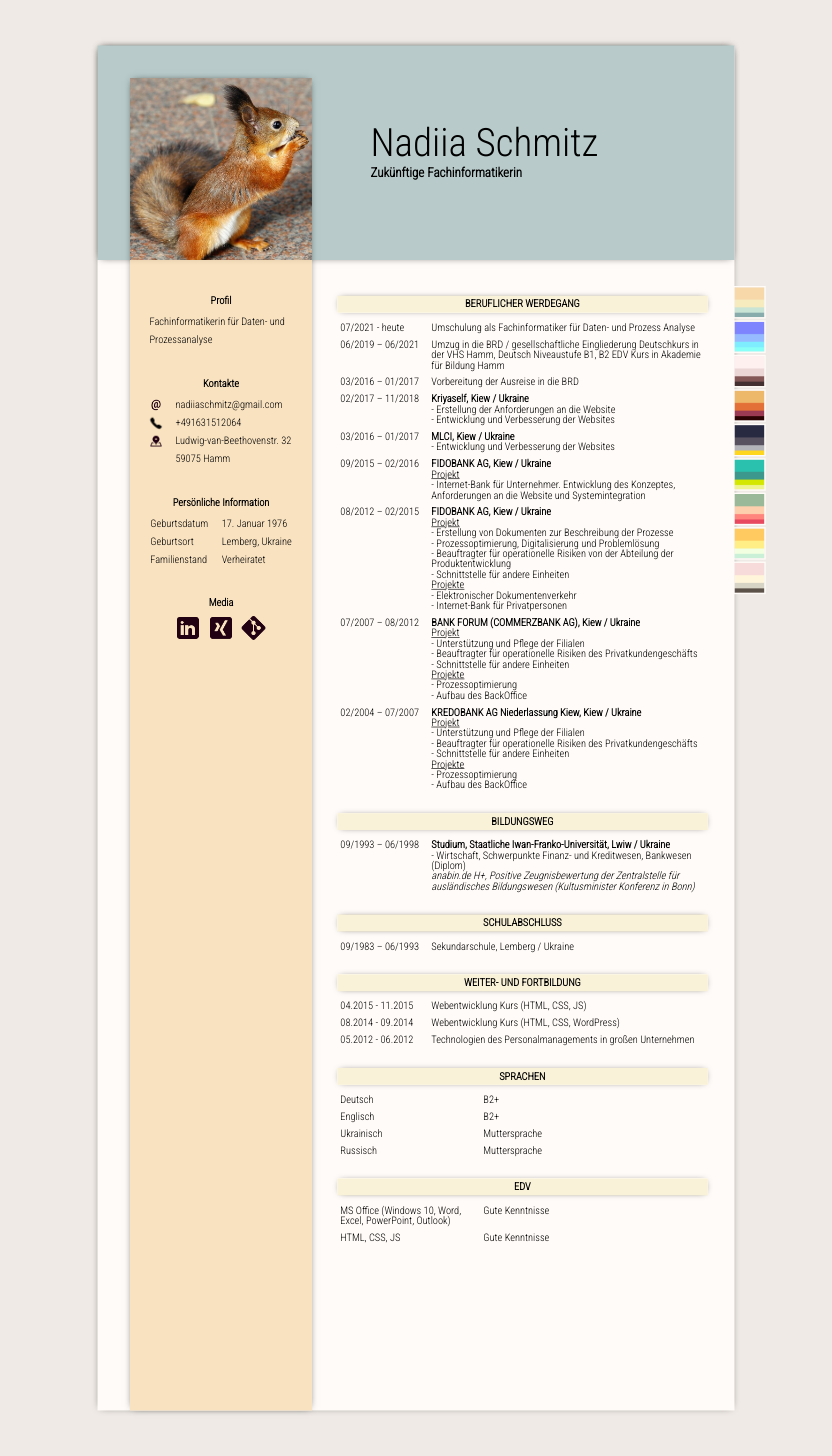
Repository: NadiaSchmitz/lebenslauf.nschmitz.githab.io
Page: index.html
The author's editor kept a record of every edit. The page is drawn from the files as they stood at one moment, then again after the next edit.
The browser window is 1280 px wide. The pictures show the whole page, at 65% of full size.

Above is the page before.

After the next edit:
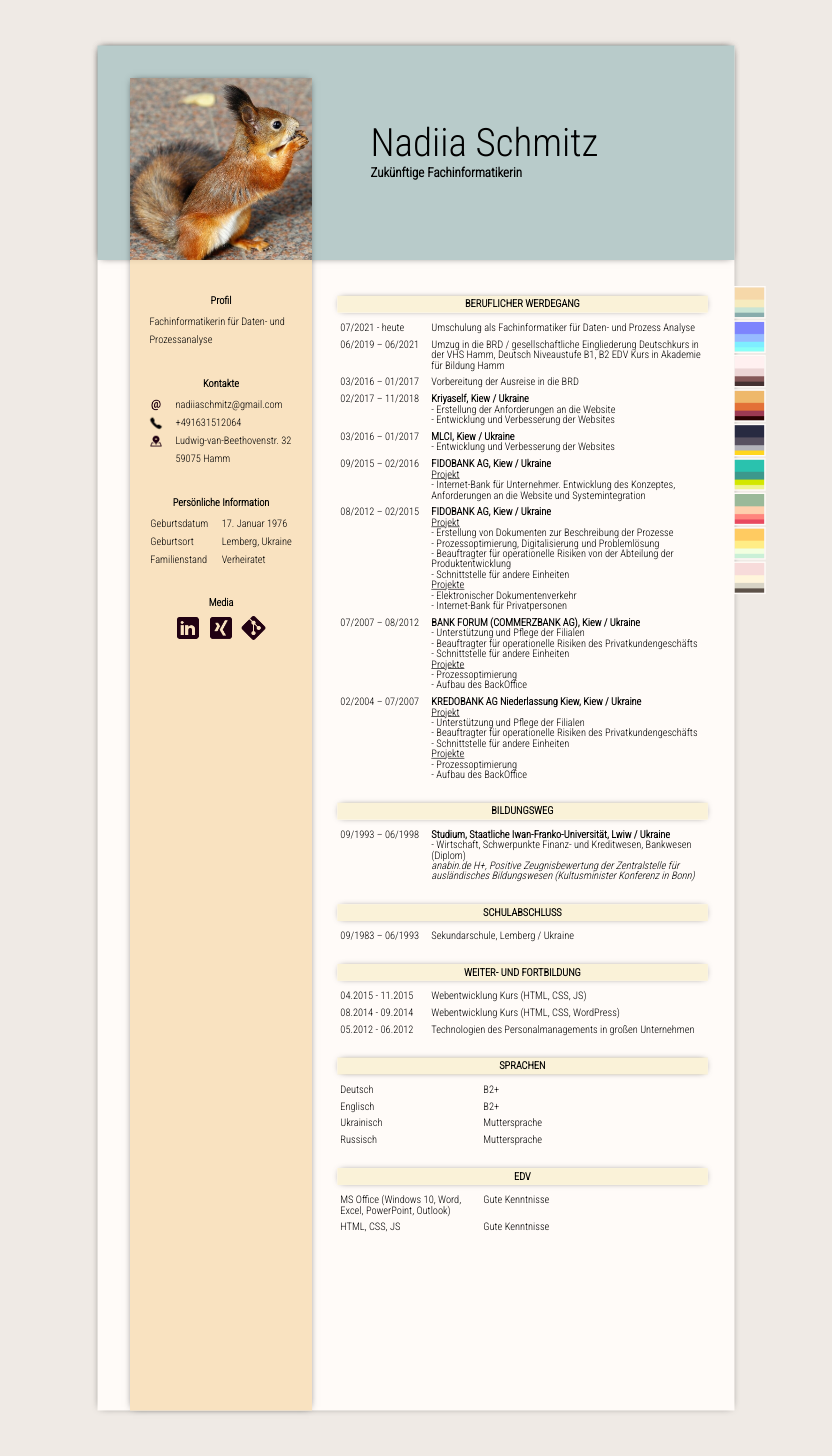
The edit:
--- a/index.html
+++ b/index.html
@@ -169,7 +169,6 @@
                     <td>
                       <span class="employer">BANK FORUM (COMMERZBANK AG), Kiew / Ukraine</span>
                       <ul>
-                        <span class="project">Projekt</span>
                         <li>-	Unterstützung und Pflege der Filialen</li>
                         <li>-	Beauftragter für operationelle Risiken des Privatkundengeschäfts</li>
                         <li>-	Schnittstelle für andere Einheiten  </li>
